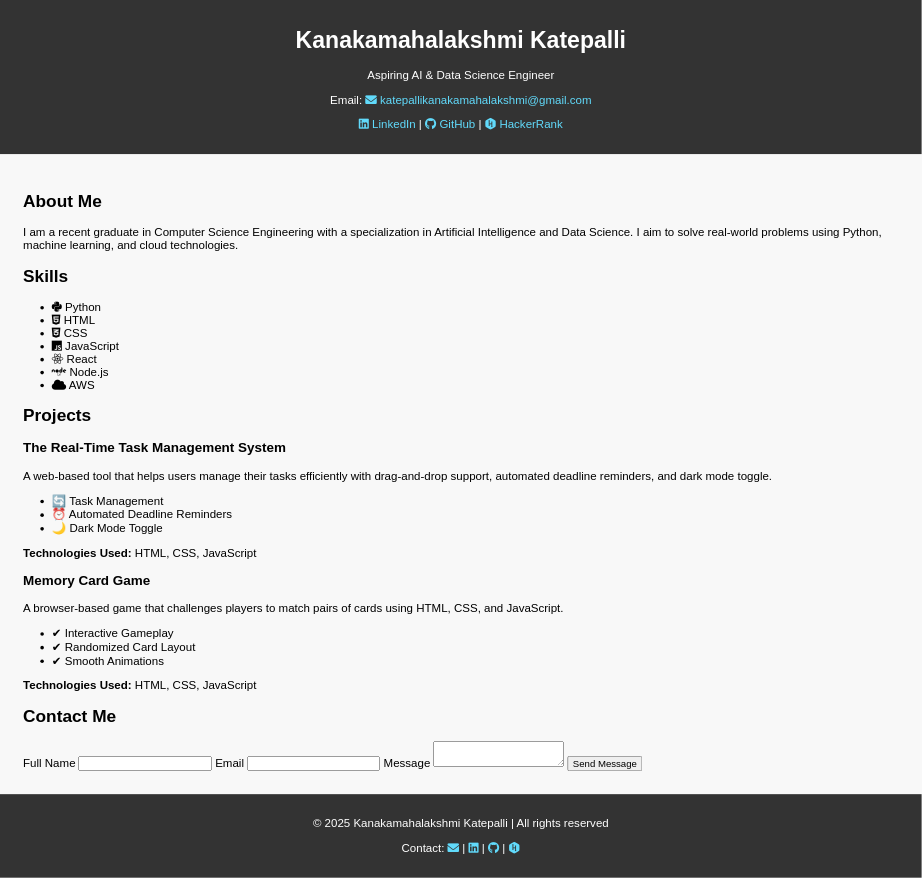
Repository: mahalakshmi-00/My-Portfolio
Page: index.html
An editor plug-in stored every save of this project. The page is shown before and after the next save, followed by the edit.
The browser window is 1280 px wide. The pictures show the whole page, at 72% of full size.

Above is the page before, as saved 2025-04-29 15:11:57.

### index.html
<!DOCTYPE html>
<html lang="en">

<head>
    <meta charset="UTF-8">
    <meta name="viewport" content="width=device-width, initial-scale=1.0">
    <title>Kanakamahalakshmi Katepalli | Portfolio</title>
    <!-- Add Font Awesome CDN link for icons -->
    <link rel="stylesheet" href="https://cdnjs.cloudflare.com/ajax/libs/font-awesome/6.0.0-beta3/css/all.min.css">
    <link rel="stylesheet" href="style.css">
</head>

<body>
    <header>
        <h1>Kanakamahalakshmi Katepalli</h1>
        <p>Aspiring AI & Data Science Engineer</p>
        <p>Email: <a href="mailto:katepallikanakamahalakshmi@gmail.com"><i class="fas fa-envelope"></i> katepallikanakamahalakshmi@gmail.com</a></p>
        <p>
            <a href="https://www.linkedin.com/in/kanaka-mahalakshmi-katepalli-637585273/" target="_blank"><i class="fab fa-linkedin"></i> LinkedIn</a> |
            <a href="https://github.com/mahalakshmi-00" target="_blank"><i class="fab fa-github"></i> GitHub</a> |
            <a href="https://www.hackerrank.com/profile/katepallikanaka1" target="_blank"><i class="fab fa-hackerrank"></i> HackerRank</a>
        </p>
    </header>

    <main>
        <section>
            <h2>About Me</h2>
            <p>I am a recent graduate in Computer Science Engineering with a specialization in Artificial Intelligence and Data Science. I aim to solve real-world problems using Python, machine learning, and cloud technologies.</p>
        </section>

        <section>
            <h2>Skills</h2>
            <ul>
                <li><i class="fab fa-python"></i> Python</li>
                <li><i class="fab fa-html5"></i> HTML</li>
                <li><i class="fab fa-css3-alt"></i> CSS</li>
                <li><i class="fab fa-js"></i> JavaScript</li>
                <li><i class="fab fa-react"></i> React</li>
                <li><i class="fab fa-node"></i> Node.js</li>
                <li><i class="fas fa-cloud"></i> AWS</li>
            </ul>
        </section>

        <section>
            <h2>Projects</h2>
            <div class="project">
                <h3>The Real-Time Task Management System</h3>
                <p>A web-based tool that helps users manage their tasks efficiently with drag-and-drop support, automated deadline reminders, and dark mode toggle.</p>
                <ul>
                    <li>🔄 Task Management</li>
                    <li>⏰ Automated Deadline Reminders</li>
                    <li>🌙 Dark Mode Toggle</li>
                </ul>
                <p><strong>Technologies Used:</strong> HTML, CSS, JavaScript</p>
            </div>
            <div class="project">
                <h3>Memory Card Game</h3>
                <p>A browser-based game that challenges players to match pairs of cards using HTML, CSS, and JavaScript.</p>
                <ul>
                    <li>✔ Interactive Gameplay</li>
                    <li>✔ Randomized Card Layout</li>
                    <li>✔ Smooth Animations</li>
                </ul>
                <p><strong>Technologies Used:</strong> HTML, CSS, JavaScript</p>
            </div>
        </section>

        <section id="contact">
            <h2>Contact Me</h2>
            <form action="submit_form.php" method="POST">
                <label for="name">Full Name</label>
                <input type="text" id="name" name="name" required>

                <label for="email">Email</label>
                <input type="email" id="email" name="email" required>

                <label for="message">Message</label>
                <textarea id="message" name="message" required></textarea>

                <button type="submit">Send Message</button>
            </form>
        </section>
    </main>

    <footer>
        <p>© 2025 Kanakamahalakshmi Katepalli | All rights reserved</p>
        <p>Contact: <a href="mailto:katepallikanakamahalakshmi@gmail.com"><i class="fas fa-envelope"></i></a> |
            <a href="https://www.linkedin.com/in/kanaka-mahalakshmi-katepalli-637585273/" target="_blank"><i class="fab fa-linkedin"></i></a> |
            <a href="https://github.com/mahalakshmi-00" target="_blank"><i class="fab fa-github"></i></a> |
            <a href="https://www.hackerrank.com/profile/katepallikanaka1" target="_blank"><i class="fab fa-hackerrank"></i></a>
        </p>
    </footer>
</body>

</html>

### style.css

body {
    font-family: Arial, sans-serif;
    margin: 0;
    padding: 0;
    background-color: #f8f8f8;
}
header, footer {
    background-color: #333;
    color: white;
    padding: 1em;
    text-align: center;
}
main {
    padding: 2em;
}
a {
    color: #61dafb;
    text-decoration: none;
}

After the next save:
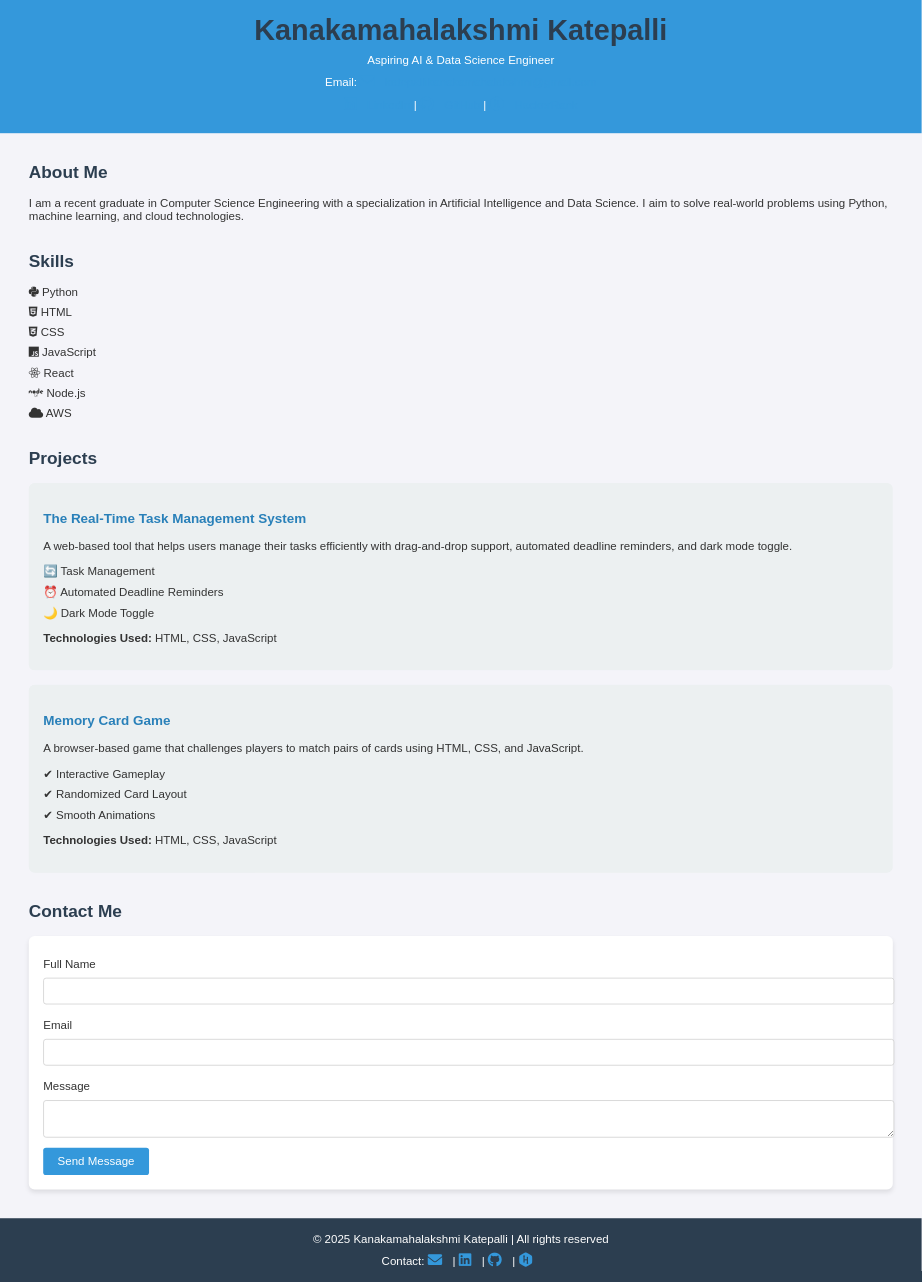
Saved 11 s later.
--- a/style.css
+++ b/style.css
@@ -1,20 +1,144 @@
-
+/* General Styles */
 body {
     font-family: Arial, sans-serif;
     margin: 0;
     padding: 0;
-    background-color: #f8f8f8;
+    background-color: #f4f4f9;
+    color: #333;
 }
-header, footer {
-    background-color: #333;
+
+h1, h2, h3 {
+    color: #2c3e50;
+}
+
+a {
+    text-decoration: none;
+    color: #3498db;
+    transition: color 0.3s ease;
+}
+
+a:hover {
+    color: #2980b9;
+}
+
+section {
+    margin: 40px;
+}
+
+ul {
+    list-style-type: none;
+    padding: 0;
+}
+
+ul li {
+    margin: 10px 0;
+}
+
+footer {
+    background-color: #2c3e50;
     color: white;
-    padding: 1em;
     text-align: center;
+    padding: 10px 0;
 }
-main {
-    padding: 2em;
+
+/* Header Styles */
+header {
+    background-color: #3498db;
+    color: white;
+    text-align: center;
+    padding: 20px;
 }
-a {
-    color: #61dafb;
-    text-decoration: none;
+
+header h1 {
+    margin: 0;
+    font-size: 2.5rem;
 }
+
+header p {
+    margin: 10px 0;
+}
+
+/* Skills Section */
+#skills ul {
+    display: flex;
+    flex-wrap: wrap;
+    gap: 20px;
+    justify-content: center;
+}
+
+#skills li {
+    font-size: 1.2rem;
+    display: flex;
+    align-items: center;
+}
+
+#skills i {
+    margin-right: 8px;
+    font-size: 1.5rem;
+}
+
+/* Project Section */
+.project {
+    background-color: #ecf0f1;
+    padding: 20px;
+    margin-bottom: 20px;
+    border-radius: 8px;
+}
+
+.project h3 {
+    color: #2980b9;
+}
+
+.project ul {
+    margin-top: 10px;
+}
+
+/* Contact Form */
+#contact form {
+    background-color: #fff;
+    padding: 20px;
+    border-radius: 8px;
+    box-shadow: 0 4px 8px rgba(0, 0, 0, 0.1);
+}
+
+#contact label {
+    display: block;
+    margin-top: 10px;
+}
+
+#contact input, #contact textarea {
+    width: 100%;
+    padding: 10px;
+    margin: 10px 0;
+    border: 1px solid #ccc;
+    border-radius: 4px;
+}
+
+#contact button {
+    padding: 10px 20px;
+    background-color: #3498db;
+    color: white;
+    border: none;
+    border-radius: 4px;
+    cursor: pointer;
+    font-size: 1rem;
+}
+
+#contact button:hover {
+    background-color: #2980b9;
+}
+
+/* Footer Styles */
+footer p {
+    margin: 10px 0;
+}
+
+/* Icon Hover Effects */
+a i {
+    font-size: 20px;
+    margin-right: 10px;
+}
+
+a:hover i {
+    color: #2980b9; /* LinkedIn Blue or any color you prefer */
+}
